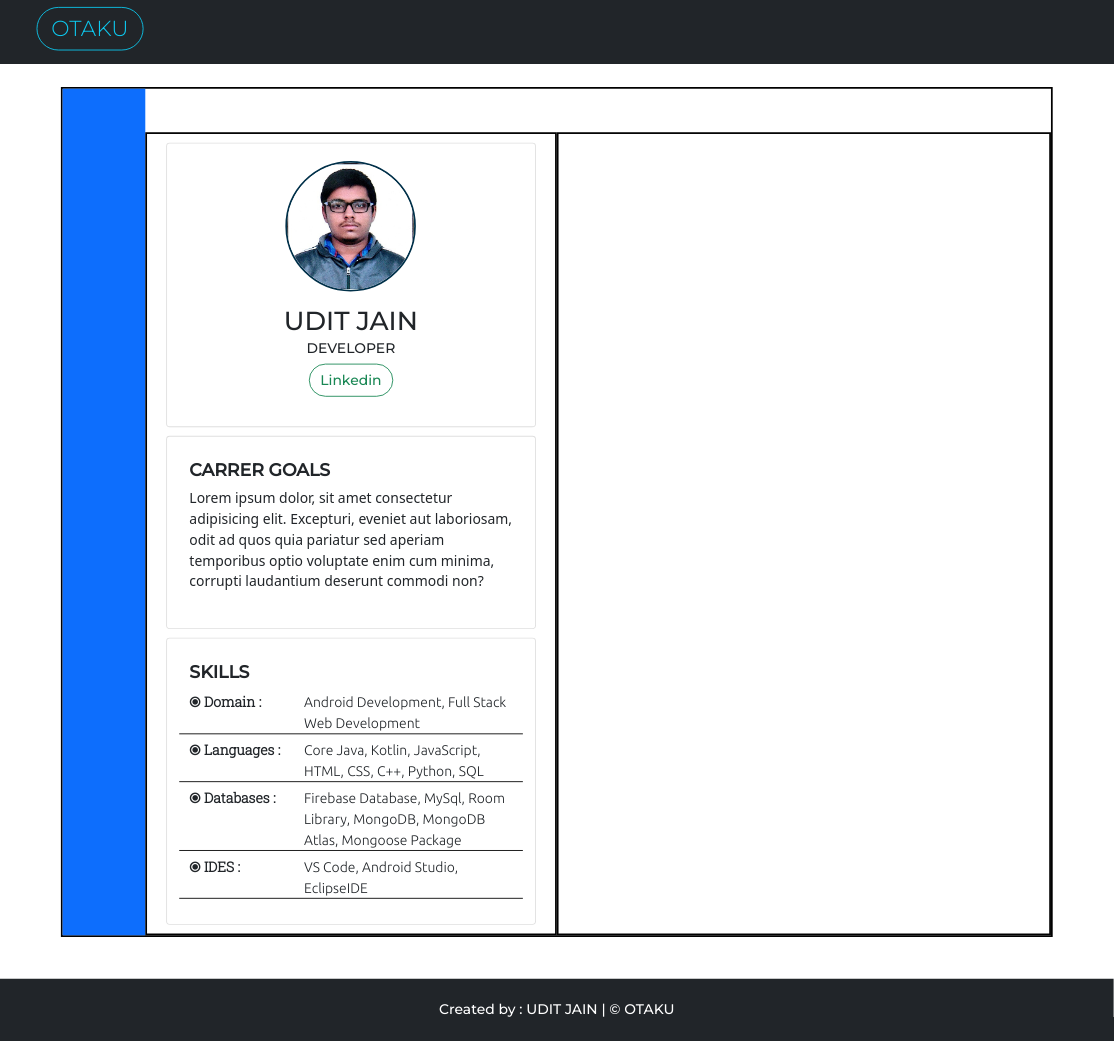
Repository: uditjain100/Responsive-Resume
Page: layouts/index.html
These files come from the project's save history. The page is drawn as it stood at one moment and after the next save; the edit follows.
The browser window is 1280 px wide. The pictures show the whole page, at 87% of full size.
Some web libraries are served in a nearby version.

Above is the page before, as saved 2021-03-01 14:39:16.

After the next save:
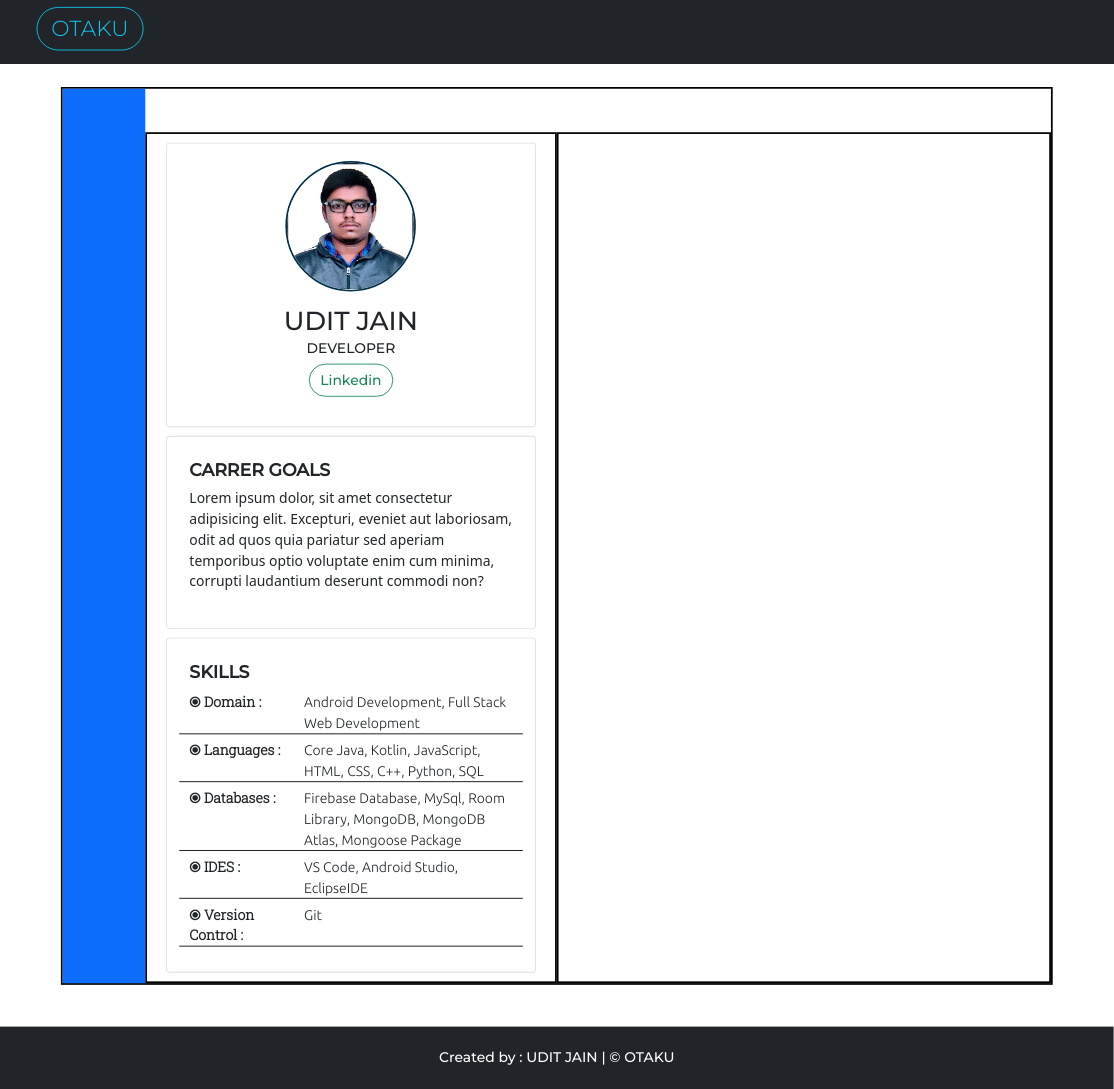
Saved 51 s later.
--- a/layouts/index.html
+++ b/layouts/index.html
@@ -119,6 +119,10 @@
                     >VS Code, Android Studio, EclipseIDE</span
                   >
                 </li>
+                <li id="skillsitem" class="row">
+                  <span class="col-4" id="que">⦿ Version Control : </span>
+                  <span class="col-8" id="ans">Git</span>
+                </li>
               </ul>
             </div>
           </div>
